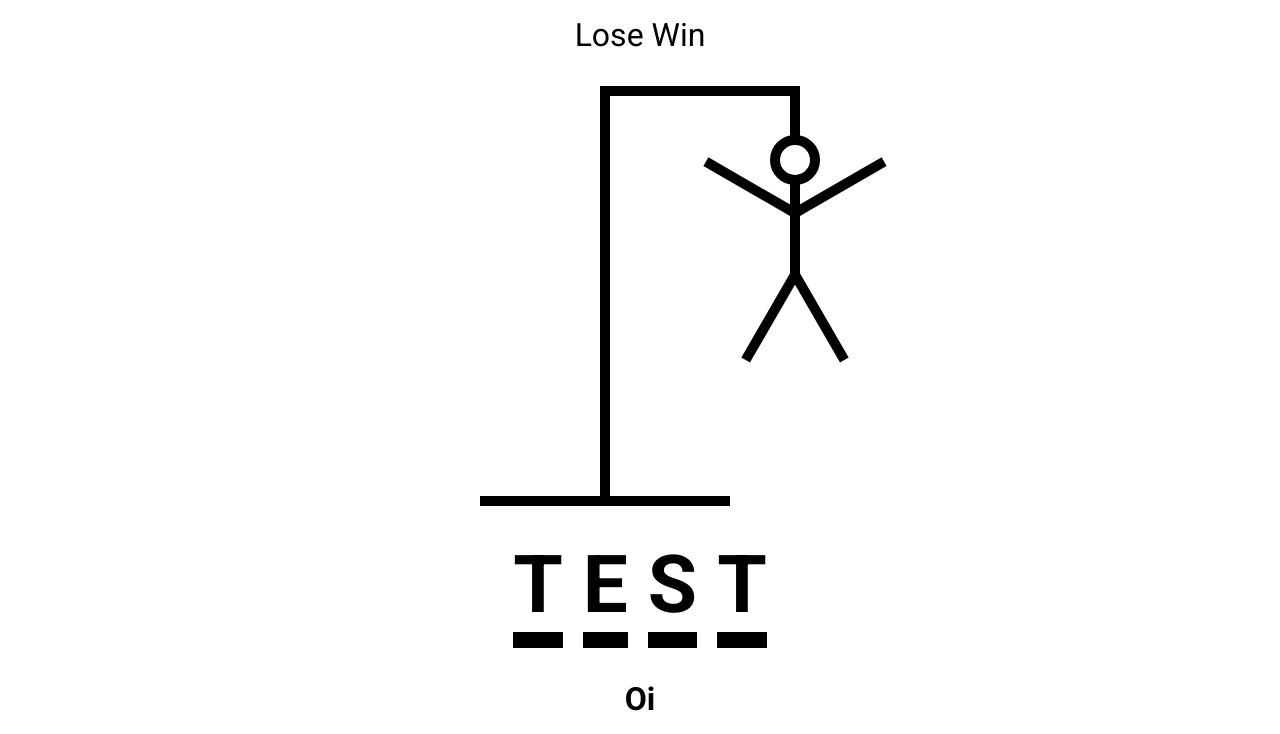
Repository: guilhermecardoso93/jogodaforca
Page: /
These files come from the project's save history. The page is drawn as it stood at one moment and after the next save; the edit follows.
The browser window is 1280 px wide. The pictures show the whole page.
The project was rebuilt for these pictures with package versions that can differ from the ones it lists, and the page was loaded fresh each time. Also part of the build but not shown: vite.config.ts.

Above is the page before, as saved 2022-12-06 21:14:13.

After the next save:
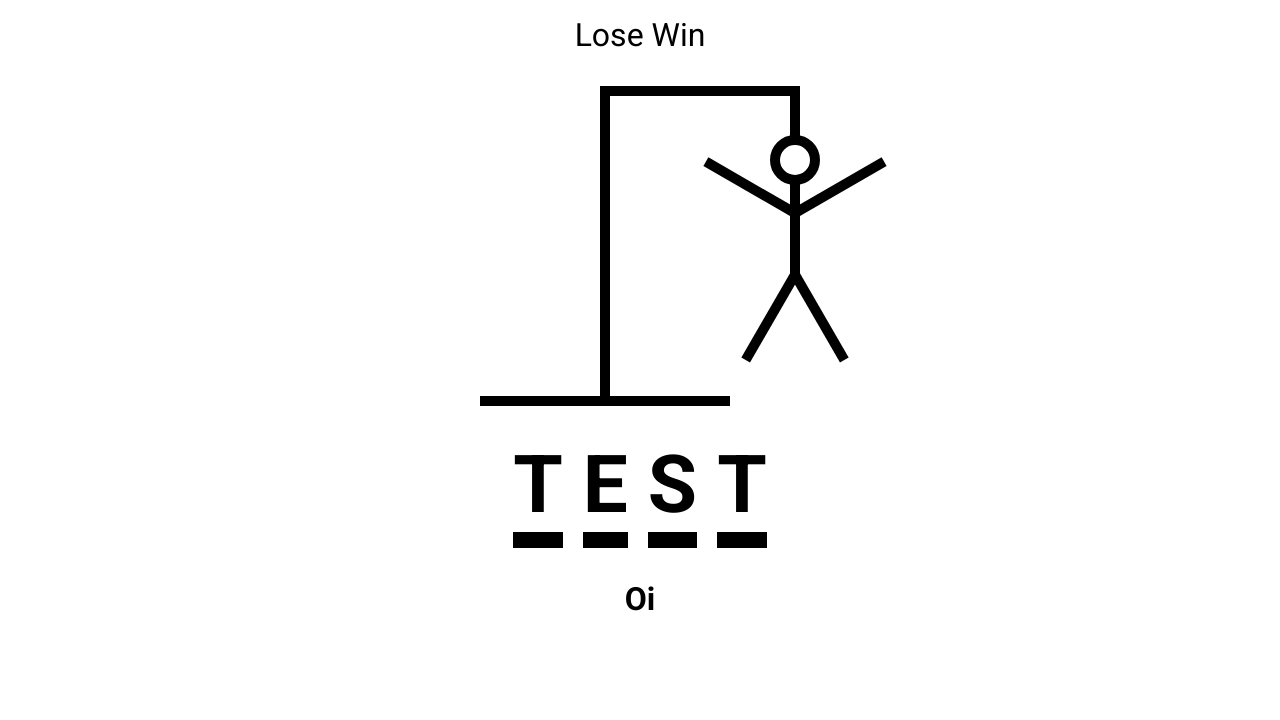
Saved 15 s later.
--- a/src/components/HangmanDrawing.tsx
+++ b/src/components/HangmanDrawing.tsx
@@ -115,7 +115,7 @@ export function HangmanDrawing() {
       />
       <div
         style={{
-          height: "400px",
+          height: "300px",
           width: "10px",
           background: "black",
           marginLeft: "120px",
